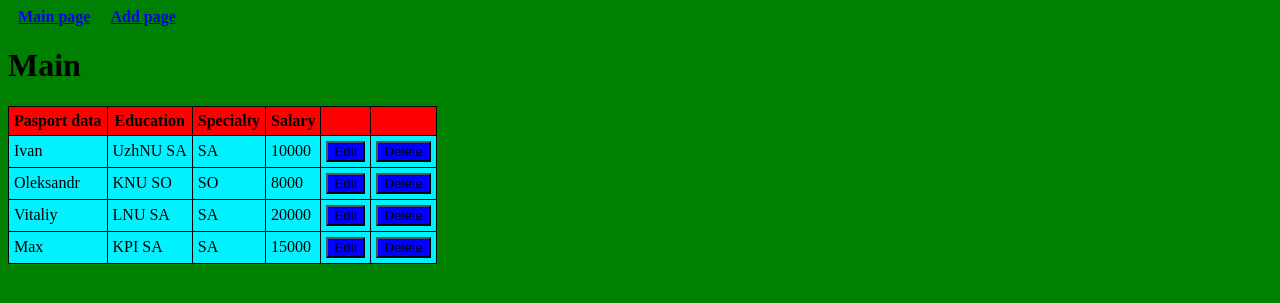
Repository: Alan-Melnychenko/vue
Page: / (app in Project/)
An editor plug-in stored every save of this project. The page is shown before and after the next save, followed by the edit.
The browser window is 1280 px wide. The pictures show the whole page.
The project was rebuilt for these pictures with package versions that can differ from the ones it lists, and the page was loaded fresh each time. Also part of the build but not shown: Project/vue.config.js, Project/src/pages/Add/index.vue, Project/src/pages/Edit/index.vue.

Above is the page before, as saved 2022-11-08 23:29:14.

### Project/src/App.vue
<template>
  <div>
    <header>
      <router-link class="link" to="/"><b>Main page</b></router-link>
      <router-link class="link" to="/add"><b>Add page</b></router-link>
    </header>
    <main>
      <router-view></router-view>
    </main>
  </div>
</template>
<script>
export default {
  name: "App",
  components: {},
};
</script>

<style>
button {
  background-color: blue;
}
table {
  background-color: rgb(0, 242, 255);
}
body {
  background-color: green;
}
.link {
  margin: 10px;
}
table {
  border-collapse: collapse;
  border: 1px solid black;
  padding: 2px;
}
th {
  background-color: red;
  border: 1px solid black;
  padding: 5px;
}
td {
  border: 1px solid black;
  padding: 5px;
}
</style>

### Project/src/router.js
import { createRouter, createWebHashHistory } from "vue-router";

import MainPage from "./pages/Main/index.vue";
import AddPage from "./pages/Add/index.vue";
import EditPage from "./pages/Edit/index.vue";

const routes = [
  {
    path: "/",
    name: "main",
    component: MainPage,
  },
  {
    path: "/add",
    name: "add",
    component: AddPage,
  },
  {
    path: "/edit/:id?",
    name: "edit",
    component: EditPage,
  },
];

const router = createRouter({
  history: createWebHashHistory(),
  routes,
});

export default router;

### Project/src/store/index.js
import { createStore } from "vuex";

const store = createStore({
  state() {
    return {
      listData: [
        {
          id: 0,
          pasport: "Ivan",
          education: "UzhNU SA",
          specialty: "SA",
          salary: 10000,
        },
        {
          id: 1,
          pasport: "Oleksandr",
          education: "KNU SO",
          specialty: "SO",
          salary: 8000,
        },
        {
          id: 2,
          pasport: "Vitaliy",
          education: "LNU SA",
          specialty: "SA",
          salary: 20000,
        },
        {
          id: 3,
          pasport: "Max",
          education: "KPI SA",
          specialty: "SA",
          salary: 15000,
        },
      ],
    };
  },
  getters: {
    getAllListData: (state) => state.listData,
    getEmployeeById: (state) => (id) => {
      return state.listData[id];
    },
  },

  mutations: {
    addNewEmployee(state, arr) {
      state.listData.push(arr);
    },
    editEmployee(state, arr) {
      state.listData[arr[0]] = arr[1];
    },
    deleteEmployee(state, id) {
      state.listData = state.listData.filter((item) => item.id !== id);
    },
  },
  actions: {
    addNewEmployeeAction({ commit }, arr) {
      commit("addNewEmployee", arr);
    },
    editEmployeeAction({ commit }, arr) {
      commit("editEmployee", arr);
    },
    deleteEmployeeAction({ commit }, id) {
      commit("deleteEmployee", id);
    },
  },
});

export default store;

### Project/src/pages/Main/index.vue
<template>
  <div>
    <h1>Main</h1>
    <table>
      <tr>
        <th>Pasport data</th>
        <th>Education</th>
        <th>Specialty</th>
        <th>Salary</th>
        <th></th>
        <th></th>
      </tr>
      <employee-card
        v-for="item in getAllListData"
        :key="item.id"
        :pasport="item.pasport"
        :education="item.education"
        :specialty="item.specialty"
        :salary="item.salary"
      />
    </table>
  </div>
</template>

<script>
import employeeCard from "@/components/employee.vue";
import { mapGetters } from "vuex";
export default {
  name: "MainPage",
  components: {
    employeeCard,
  },
  computed: {
    ...mapGetters(["getAllListData"]),
  },
  methods: {
    goToAdd() {
      this.$router.push({ path: "/add" });
    },
    goToEdit() {
      this.$router.push({ path: "/edit" });
    },
  },
};
</script>

<style lang="css" scoped></style>

### Project/src/components/employee.vue
<template>
  <tr>
    <td>{{ pasport }}</td>
    <td>{{ education }}</td>
    <td>{{ specialty }}</td>
    <td>{{ salary }}</td>
    <td><button @click="onEdit(id)">Edit</button></td>
    <td><button @click="onDelete(id)">Delete</button></td>
  </tr>
</template>

<script>
import { mapActions } from "vuex";
export default {
  name: "employeeCard",

  props: {
    id: {
      type: Number,
      default: 0,
    },
    pasport: {
      type: String,
      default: "No pasport data",
    },
    education: {
      type: String,
      default: "No education",
    },
    specialty: {
      type: String,
      default: "No specialty",
    },
    salary: {
      type: Number,
      default: 0,
    },
  },
  methods: {
    ...mapActions(["deleteEmployeeAction"]),
    onEdit(id) {
      this.$router.push({
        name: "edit",
        params: { id: id },
      });
    },
    onDelete(id) {
      this.deleteEmployeeAction(id);
    },
  },
};
</script>

<style lang="css" scoped></style>

Loaded but not shown: Project/public/index.html (common file); Project/src/main.js (common file)

After the next save:
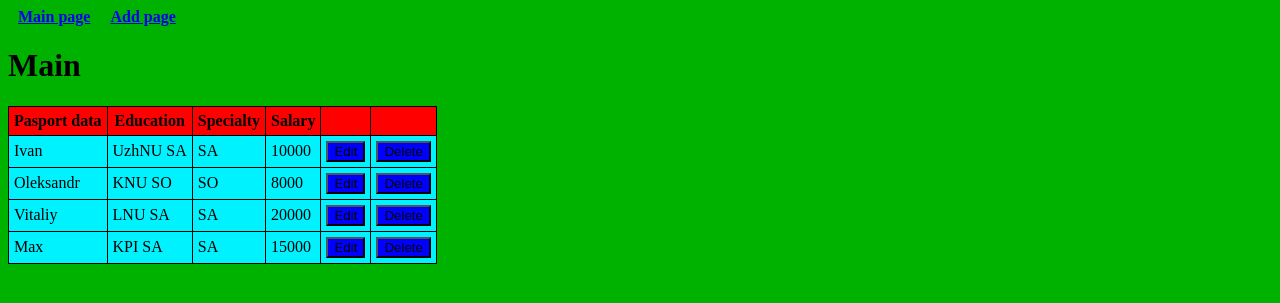
Saved 11 s later.
--- a/Project/src/App.vue
+++ b/Project/src/App.vue
@@ -24,7 +24,7 @@ table {
   background-color: rgb(0, 242, 255);
 }
 body {
-  background-color: green;
+  background-color: rgb(0, 178, 0);
 }
 .link {
   margin: 10px;
